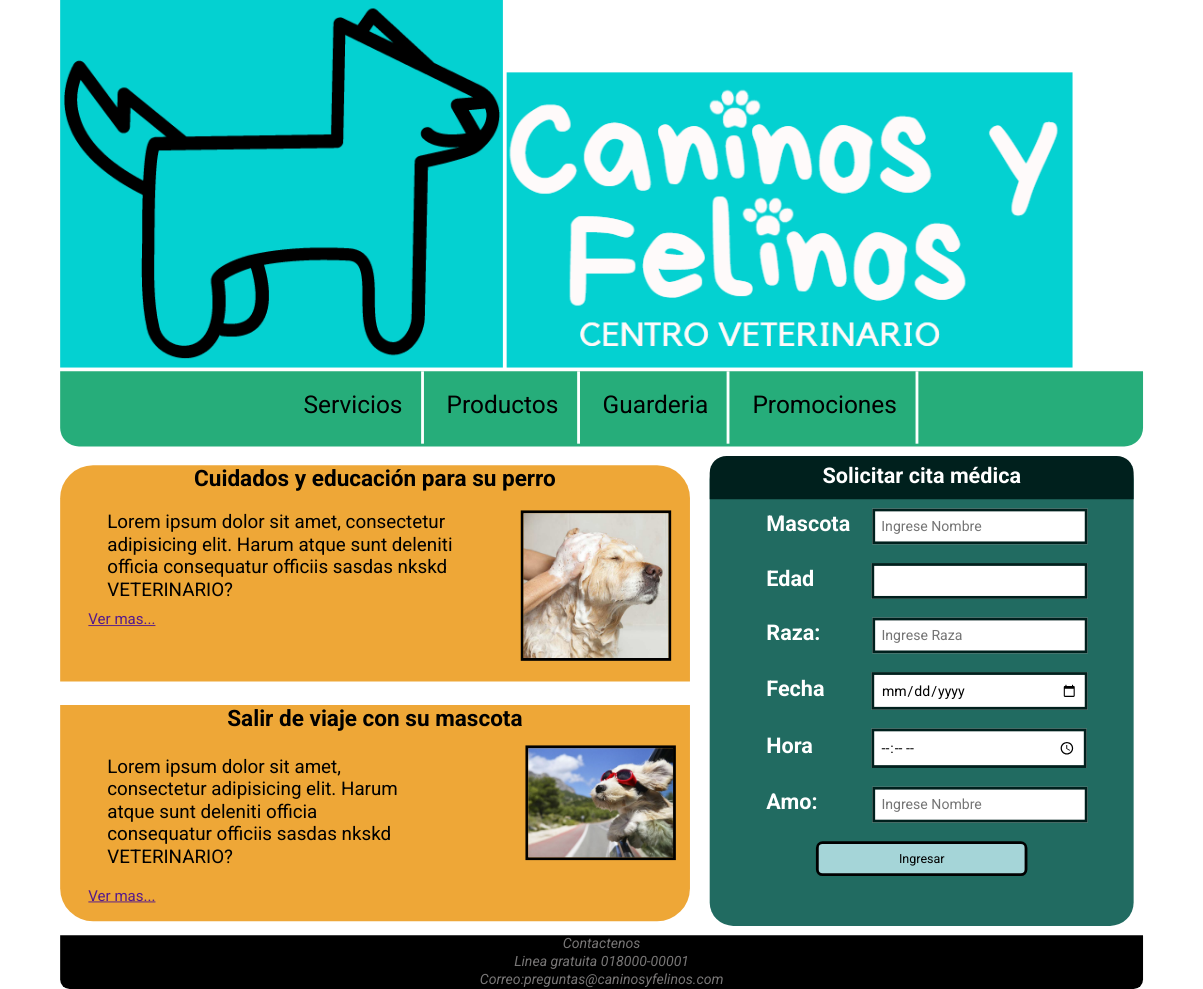
Repository: NickArregoces/Veterinaria
Page: Index.html
These files come from the project's save history. The page is drawn as it stood at one moment and after the next save; the edit follows.
The browser window is 1280 px wide. The pictures show the whole page, at 94% of full size.

Above is the page before, as saved 2021-10-08 20:29:09.

After the next save:
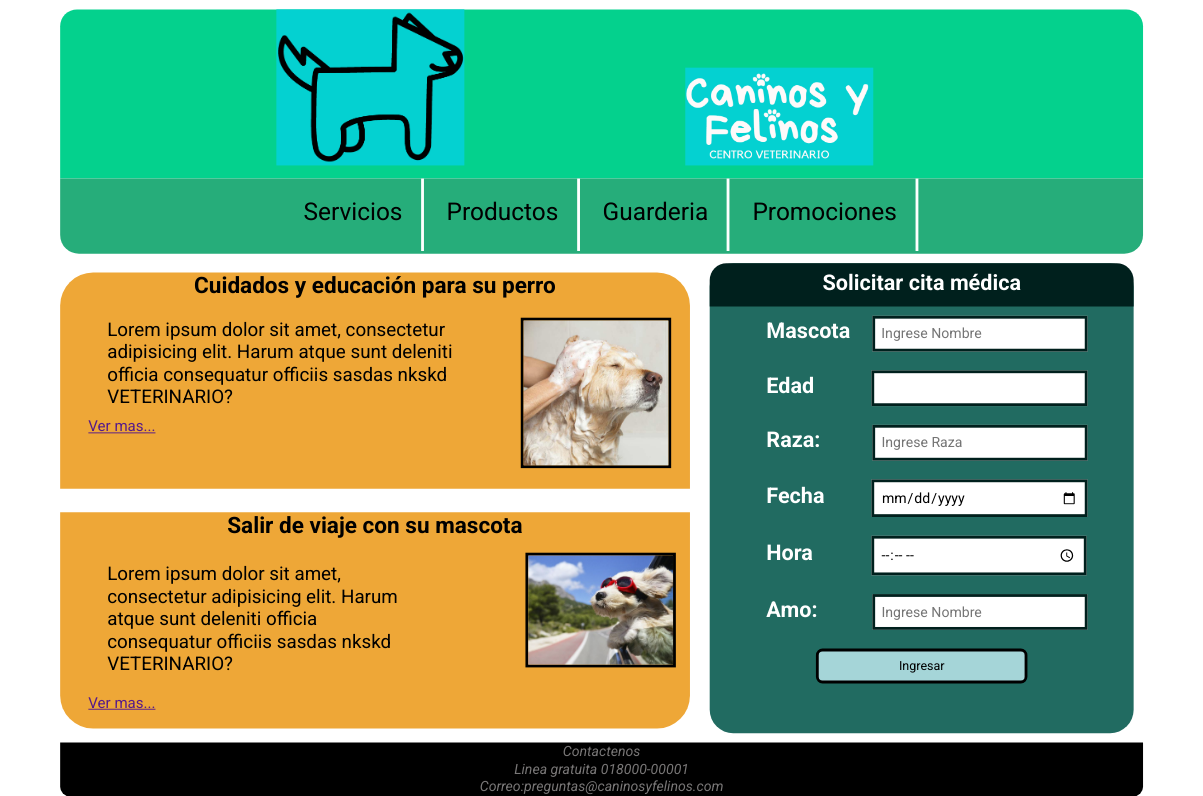
Saved 3 s later.
--- a/Index.html
+++ b/Index.html
@@ -14,12 +14,13 @@
 </head>
 <body>
     <div id="head">
-
+        <header>
             <div class="image">
                 <img src="/Images/Captura de pantalla 2021-10-04 192824.png" alt="logo">
 
                 <img class="text" src="/Images/logo.png" alt="text">
             </div>
+        </header>
 
         <div class="navegador">
             <ul class="menu">
